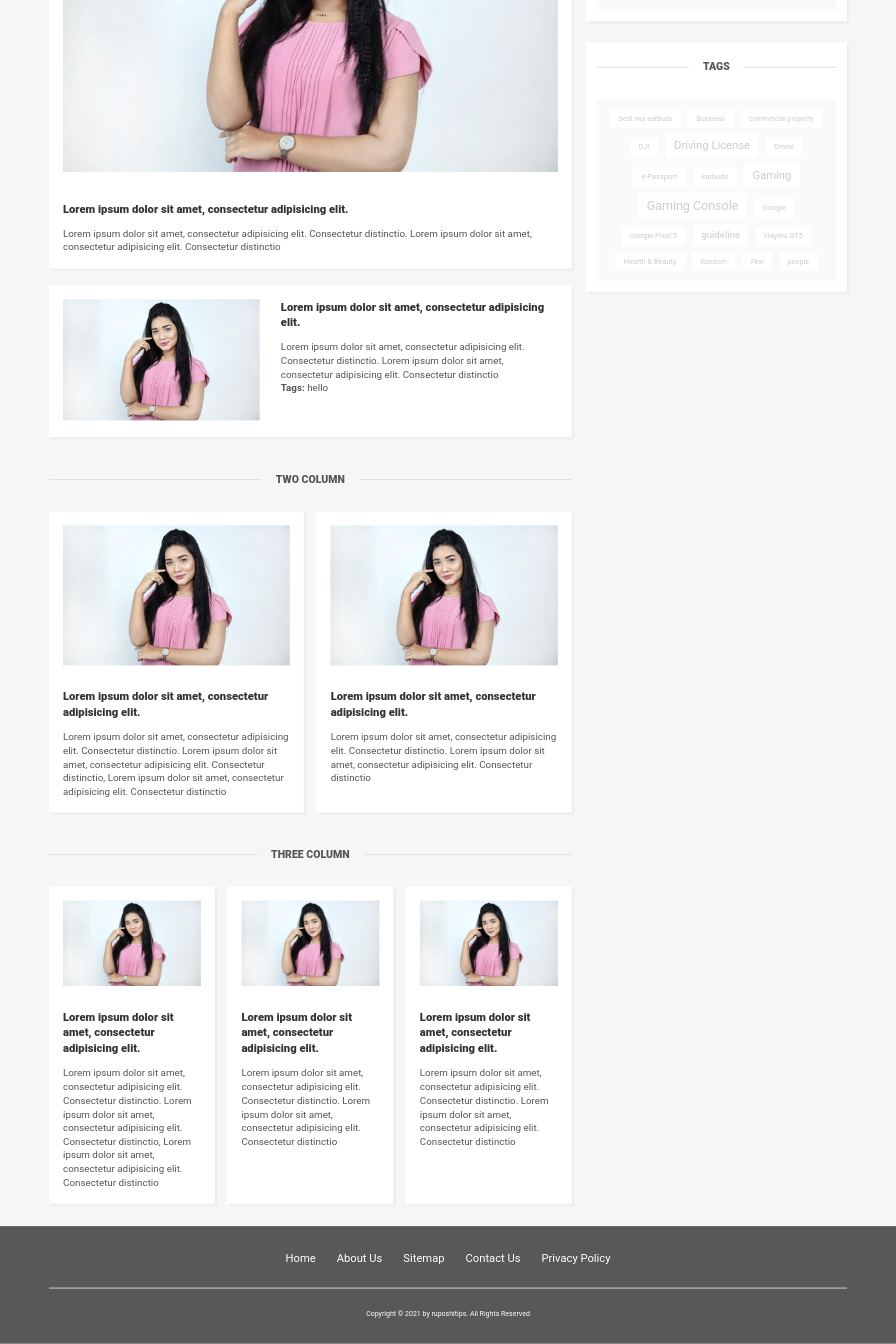
Repository: riff3r/wp-blog
Page: index.html
The author's editor kept a copy of each file at every save. The page is drawn from the files as they stood at one save, then again after the next save.
The browser window is 1280 px wide. The pictures show the part of the page from y = 941 to 2861 px (the page is 2861 px tall before and 2828 px after), at 70% of full size.

Above is the page before, as saved 2021-10-28 06:40:12.

After the next save:
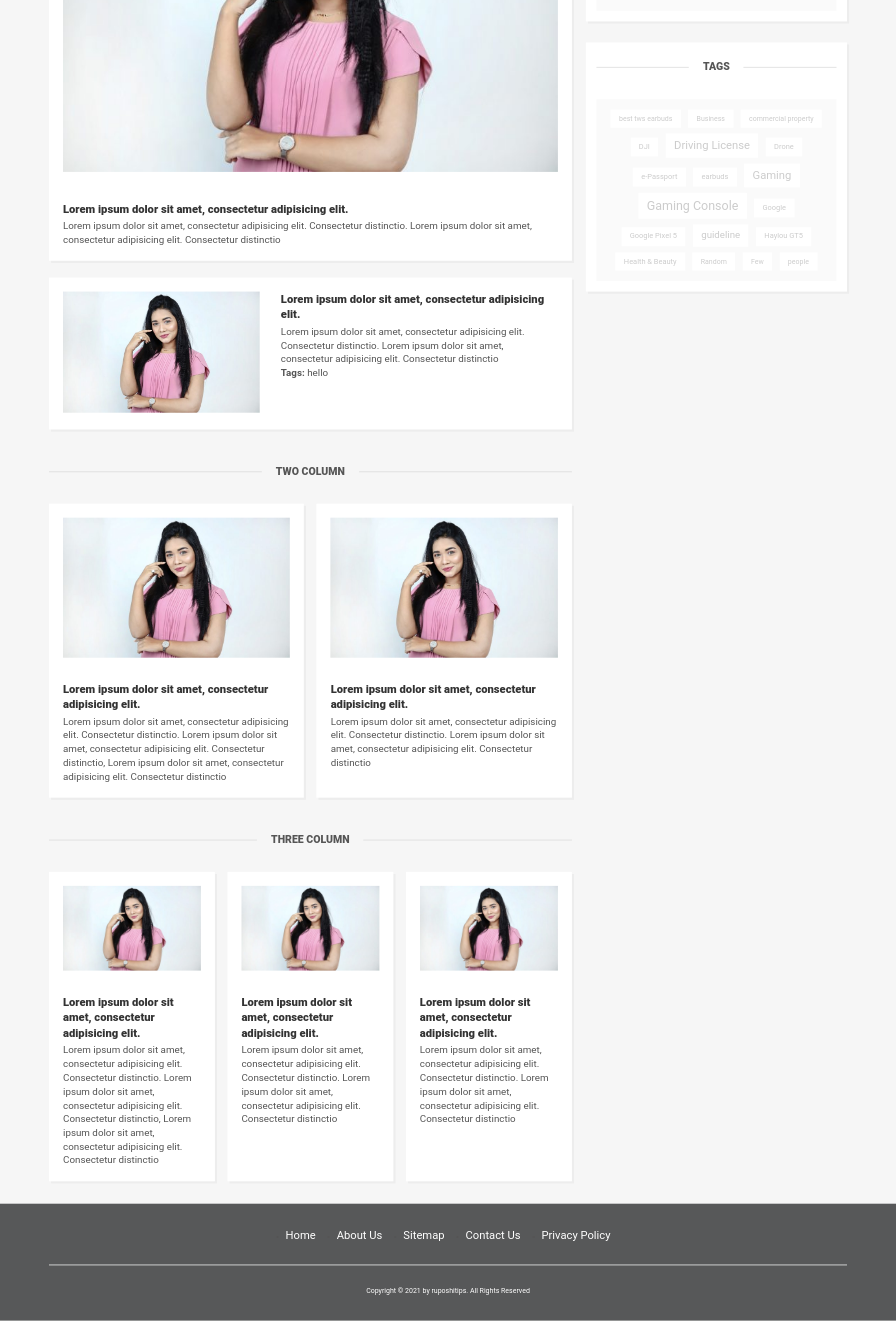
Saved 2 min 14 s later.
--- a/css/style.css
+++ b/css/style.css
@@ -376,7 +376,7 @@ a {
   text-decoration: none;
   display: inline-block;
   font-size: 1.6rem;
-  margin-bottom: 1.4rem;
+  /* margin-bottom: 1.4rem; */
 }
 
 .blog-posts p {
